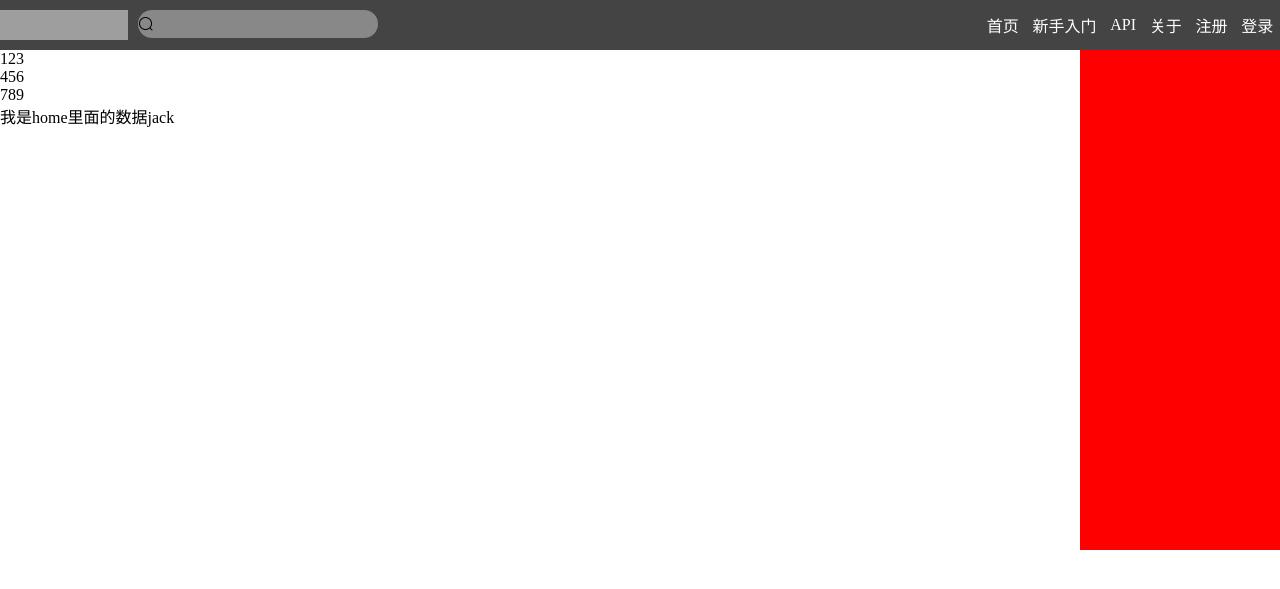
Repository: jinggegeZ/cnode
Page: /
The author's editor kept a copy of each file at every save. The page is drawn from the files as they stood at one save, then again after the next save.
The browser window is 1280 px wide. The pictures show the whole page.
Pictures or frames that could not be fetched are drawn as grey boxes. The project was rebuilt for these pictures with package versions that can differ from the ones it lists, and the page was loaded fresh each time.

Above is the page before, as saved 2020-06-05 12:48:04.

### src/main.js
import Vue from 'vue'
import App from './App.vue'
import router from './router'
import store from './store'
import ElementUI from 'element-ui'
import 'element-ui/lib/theme-chalk/index.css'


Vue.config.productionTip = false
Vue.use(ElementUI);
new Vue({
  router,
  store,
  render: h => h(App)
}).$mount('#app')

### src/App.vue
<template>
  <div id="app">
    <router-view/>
  </div>
</template>

<style lang="scss">
   * {
  margin: 0;
  padding: 0;
 }
</style>

### src/router/index.js
import Vue from 'vue'
import VueRouter from 'vue-router'
import Home from '../views/Home.vue'
import layout from '../views/layout1/layout'

Vue.use(VueRouter)

  const routes = [
    {
      path:'/home',
      redirect:'/'
    },
  {
    path:'/',
    name:'layout',
    component: layout,
    children: [
      {
        path: '',
        name: 'Home',
        component: Home
      },
    ]
  },

  {
    path: '/about',
    name: 'About',
    component: () => import('../views/About.vue')
  },
  {
    path: '/parents',
    name: 'parents',
    component: () => import('../views/parents/parents.vue'),

  },
]

const router = new VueRouter({
  mode: 'history',
  base: process.env.BASE_URL,
  routes
})

export default router

### src/store/index.js
import Vue from 'vue'
import Vuex from 'vuex'

Vue.use(Vuex)

export default new Vuex.Store({
  state: {
    name:'jack'
  },
  mutations: {
  },
  actions: {
  },
  modules: {
  }
})

### src/views/Home.vue
<template>
 <div>
  <div>123</div>
  <div>456</div>
  <div>789</div>
  <div>我是home里面的数据{{name}}</div>
 </div>
</template>

<script>

 export default {
   data () {
     return {

     }
   },
   components: {

   },
   methods: {

   },
   mounted() {

   },
   watch: {

   },
   computed: {
     name() {
       return this.$store.state.name
     }
   }
 }
</script>

<style scoped>

</style>

### src/views/layout1/layout.vue
<template>
 <div>
    <div class="container">

            <div class="top">
            <top></top>
            </div>

        <div class="content">
            <div>
                <router-view></router-view>
            </div>
            <div class="right">
                <right></right>
            </div>
        </div>
        <div class="below">
            <below></below>
        </div>
    </div>
 </div>
</template>

<script>
    import top from '../../components/top/top'
    import right from '../../components/right/right'
    import below from '../../components/below/below'
 export default {
     name:'layout',
   data () {
     return {

     }
   },
   components: {
       top,
       right,
       below,
   },
   methods: {

   },
   mounted() {

   },
   watch: {

   },
   computed: {
   }
 }
</script>

<style scoped>
    .container {
        width: 100%;
    }


</style>

### src/components/top/top.vue
<template>
  <div>
    <div class="top">
      <div class="box">
        <div class="b-left">
          <div class="img">
            <img
              src="//static2.cnodejs.org/public/images/cnodejs_light.svg"
              alt
              width="128px"
              height="30px"
            />
          </div>
          <div class="ipt">
            <i class="el-icon-search"></i>
            <input type="text" class="item">
          </div>
        </div>
        <div class="b-right">
            <div class="b-box">
                <a href="">首页</a>
                <a href="">新手入门</a>
                <a href="">API</a>
                <a href="">关于</a>
                <a href="">注册</a>
                <a href="">登录</a>
            </div>
        </div>
      </div>
    </div>
  </div>
</template>

<script>
export default {
  data() {
    return {};
  },
  components: {},
  methods: {},
  mounted() {},
  watch: {},
  computed: {}
};
</script>

<style scoped >
a {
    text-decoration: none;
    color: white;
}
.top {
  width: 100%;
  height: 50px;
  background: rgb(68, 68, 68);
}
.box {
  max-width: 1400px;
  height: 50px;
  margin: 0 auto;
  display: flex;
  justify-content: space-between;
  align-items: center;
}
.b-left {
  display: flex;

}
.ipt {
  width: 240px;
  height: 28px;
  border-radius: 50px !important;
  overflow: hidden;
  display: flex;
  align-items: center;
  background: #888;
  margin-left: 10px;

}
.item {
    border: none;
    outline:none;
    background: transparent;
    margin-left: 5px;
    width: 200px;
    height: 24px;
    margin-left: 10px;
}
.ipt:hover {
    background: white;
}
.img {
    display: flex;
    align-items: center;
}
.b-right {
    width: 300px;
}
.b-box {
    display: flex;
    justify-content: space-around;
    align-items: center;
}
</style>

### src/components/right/right.vue
<template>
 <div>
    <div class="right"></div>
 </div>
</template>

<script>
 export default {
   data () {
     return {

     }
   },
   components: {

   },
   methods: {

   },
   mounted() {

   },
   watch: {

   },
   computed: {

   }
 }
</script>

<style scoped>
    .right {
        width: 200px;
        height: 500px;
        background: red;
        position: absolute;
        right: 0;
        top: 50px;
    }
</style>

### src/components/below/below.vue
<template>
 <div>
    <div class="foot">
        <div class="f-box"></div>
    </div>
 </div>
</template>

<script>
 export default {
   name: '',
   props: {
   },
   components: {

   },
   data () {
     return {

     }
   },
   methods: {

   },
   mounted() {

   },
   watch: {

   },
   computed: {

   }
 }
</script>

<style scoped>
    .foot {
        width: 100%;
        position: absolute;
        bottom: 0;
    }
    .f-box {
        width: 1400px;
        align-items: center;
        background: skyblue;
    }
</style>

Loaded but not shown: public/index.html (common file)

After the next save:
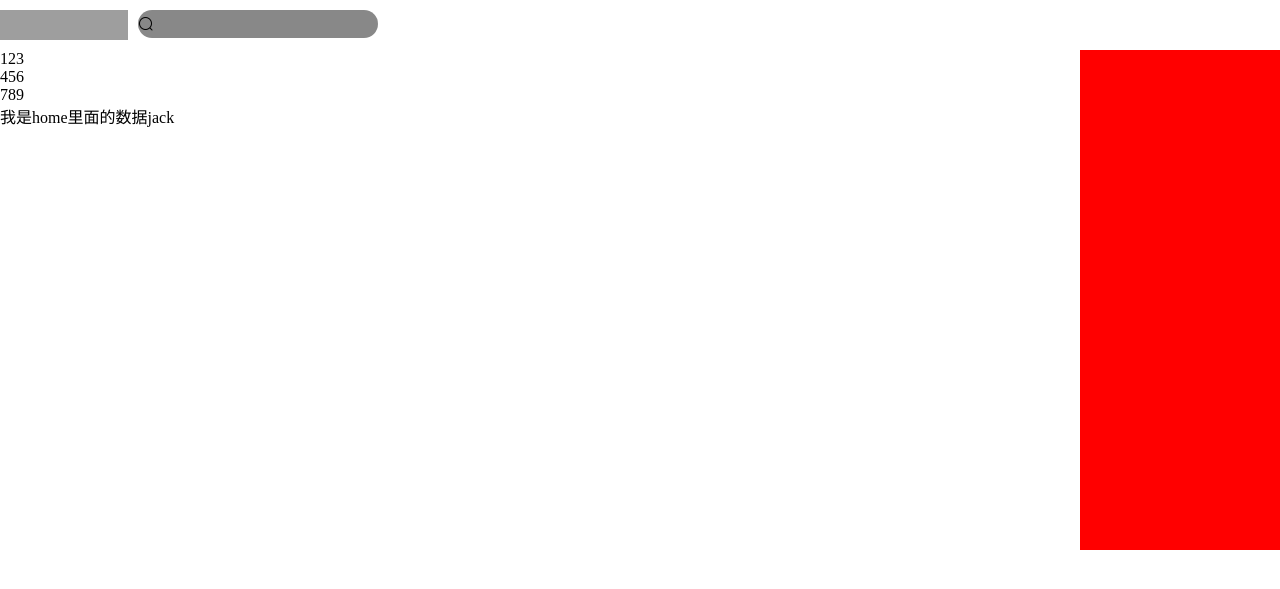
Saved 66 s later.
--- a/src/components/top/top.vue
+++ b/src/components/top/top.vue
@@ -49,6 +49,7 @@
     text-decoration: none;
     color: white;
 }
+a:hover
 .top {
   width: 100%;
   height: 50px;

After the save that followed:
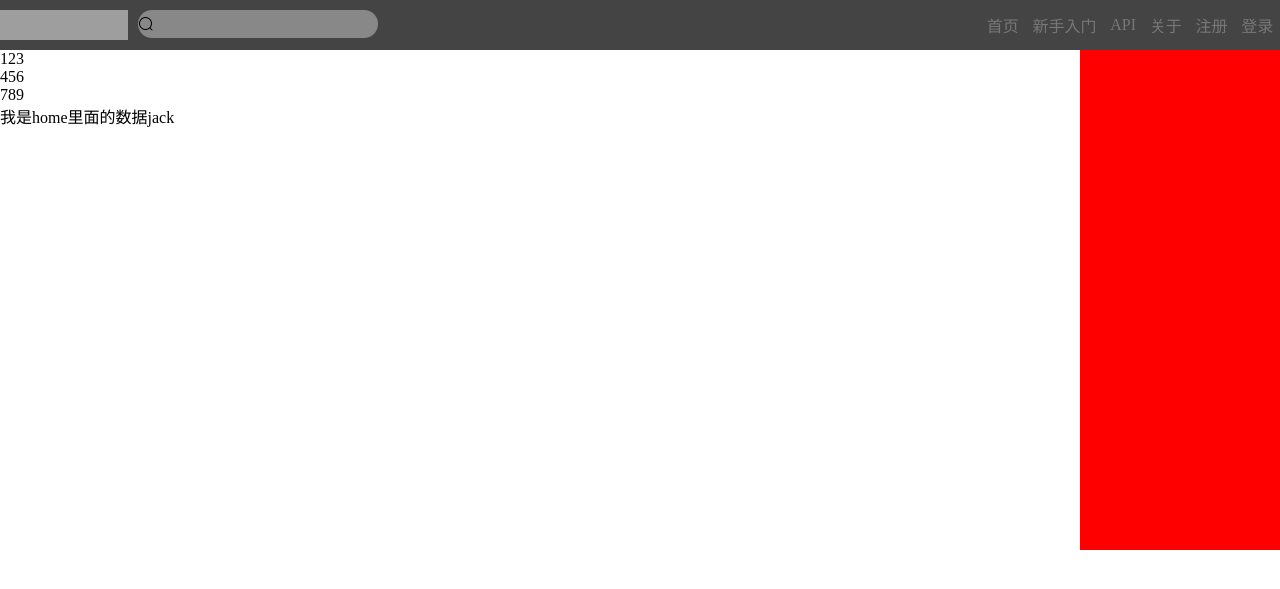
Saved 33 s later.
--- a/src/components/top/top.vue
+++ b/src/components/top/top.vue
@@ -47,9 +47,11 @@
 <style scoped >
 a {
     text-decoration: none;
+    color: #777;
+}
+a:hover {
     color: white;
 }
-a:hover
 .top {
   width: 100%;
   height: 50px;
